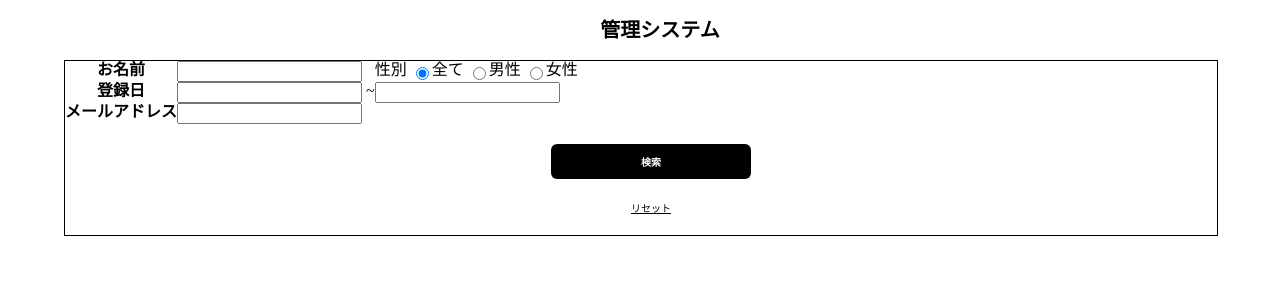
Repository: masanarimiura/20220723_miura_advance_test
Page: http://localhost/manage
The author's editor kept a copy of each file at every save. The page is drawn from the files as they stood at one save, then again after a run of saves.
The browser window is 1280 px wide. The pictures show the whole page.
The page is served by the project's Laravel application, run on PHP 8.4 with Laravel 8. Other server files are loaded and not shown.

Above is the page before, as saved 2022-07-19 20:25:22.

### routes/web.php
<?php

use Illuminate\Support\Facades\Route;
use App\Http\Controllers\ContactController;


Route::get('/', [ContactController::class, 'index']);
Route::post('/', [ContactController::class, 'input']);
Route::get('/confirm', [ContactController::class, 'retype']);
Route::post('/confirm', [ContactController::class, 'store']);
Route::get('/thanks', [ContactController::class, 'thanks']);
Route::get('/manage', [ContactController::class, 'manage']);

### app/Http/Controllers/ContactController.php
<?php

namespace App\Http\Controllers;

use Illuminate\Http\Request;
use App\Models\Contact;
use App\Http\Requests\ClientRequest;

class ContactController extends Controller
{
    public function index()
    {
        return view('index');
    }

    public function input(ClientRequest $request)
    {
        return view('confirm',$request);
    }

    public function retype(Request $request)
    {
        return redirect('/')->withInput();
    }

    public function store(Request $request)
    {
        // 登録処理
        return view('thanks');
    }

    public function thanks()
    {
        return view('thanks');
    }

    public function manage()
    {
        return view('manage');
    }



    // public function search(Request $request)
    // {
    //     $item = Contact::find($request->input);
    //     $param = [
    //         'item' => $item,
    //         'input' => $request->input
    //     ];
    //     return view('find', $param);
    // }
}

### resources/views/manage.blade.php
<!DOCTYPE html>
<html lang="ja">

<head>
  <meta charset="UTF-8">
  <meta name="viewport" content="width=device-width, initial-scale=1.0">
  <meta http-equiv="X-UA-Compatible" content="ie=edge">
  <title>advance_test</title>
  <style>
    html, body, div, span, object, iframe,
h1, h2, h3, h4, h5, h6, p, blockquote, pre,
abbr, address, cite, code,
del, dfn, em, img, ins, kbd, q, samp,
small, strong, sub, sup, var,
b, i,
dl, dt, dd, ol, ul, li,
fieldset, form, label, legend,
table, caption, tbody, tfoot, thead, tr, th, td,
article, aside, canvas, details, figcaption, figure,
footer, header, hgroup, menu, nav, section, summary,
time, mark, audio, video {
    margin:0;
    padding:0;
    border:0;
    outline:0;
    font-size:100%;
    vertical-align:baseline;
    background:transparent;
}

body {
    line-height:1;
}

article,aside,details,figcaption,figure,
footer,header,hgroup,menu,nav,section {
    display:block;
}

nav ul {
    list-style:none;
}

blockquote, q {
    quotes:none;
}

blockquote:before, blockquote:after,
q:before, q:after {
    content:'';
    content:none;
}

a {
    margin:0;
    padding:0;
    font-size:100%;
    vertical-align:baseline;
    background:transparent;
}

/* change colours to suit your needs */
ins {
    background-color:#ff9;
    color:#000;
    text-decoration:none;
}

/* change colours to suit your needs */
mark {
    background-color:#ff9;
    color:#000;
    font-style:italic;
    font-weight:bold;
}

del {
    text-decoration: line-through;
}

abbr[title], dfn[title] {
    border-bottom:1px dotted;
    cursor:help;
}

table {
    border-collapse:collapse;
    border-spacing:0;
}

/* change border colour to suit your needs */
hr {
    display:block;
    height:1px;
    border:0;
    border-top:1px solid #cccccc;
    margin:1em 0;
    padding:0;
}

input, select {
    vertical-align:middle;
}
/* ここまでreset.css */
.manage {
  width:90%;
  margin: 0 auto;
}
.manage h2{
  text-align:center;
  padding: 20px;
  font-size:20px;
  width: 100%;
}
.system {
  width:100%;
  border:solid 1px black;
}
.search-gender p {
  display: inline;
}




.submit-box {
  text-align:center;
  padding: 10px;
  font-size:20px;
  width: 100%;
}
.submit-btn{
  border-radius: 6px;
  margin: 10px auto 0;
  padding-top: 10px;
  padding-bottom: 10px;
  width: 200px;
  display: block;
  background: black;
  color: #fff;
  font-weight: bold;
  font-size: 10px;
  border: none;
  cursor: pointer;
}
.return-btn{
  border: none;
  margin: 0 auto;
  padding-bottom: 10px;
  display: block;
  background: #fff;
  color: black;
  font-size: 10px;
  text-decoration:underline;
  cursor: pointer;
}






.show-data {
  width:100%;
}
  </style>
</head>

<body>
  <div class="manage">
    <h2>管理システム</h2>
    <div class="system">
      <form action="">
        <table>
          @csrf
          <tr>
            <th>お名前</th>
            <td>
              <input type="text" name="full_name-search" value="" >
            </td>
            <td class="search-gender">
              <p>性別</p>
              <input type="radio" name="gender" value="全て" checked class="check-box">全て
              <input type="radio" name="gender" value="男性" class="check-box">男性
              <input type="radio" name="gender" value="女性" class="check-box">女性
            </td>
          </tr>
          <tr>
            <th>登録日</th>
            <td>
              <input type="text" name="begin-search-date" value="" >
              <span>~</span>
            </td>
            <td>
              <input type="text" name="end-search-date" value="" >
            </td>
          </tr>
          <tr>
            <th>メールアドレス</th>
            <td>
              <input type="text" name="email-search" value="" >
            </td>
          </tr>
        </table>
        <div class="submit-box">
          <button type="submit" class="submit-btn">検索</button>
        </div>
        <div class="submit-box">
          <button type="submit" formmethod="get" class="return-btn">リセット</button>
        </div>
      </form>
    </div>


    <div class="show-data">
    </div>
  </div>
</body>
</html>

<script>

</script>

Loaded but not shown: app/Providers/AppServiceProvider.php (common file); app/Http/Controllers/Controller.php (common file)

After the next 2 saves:
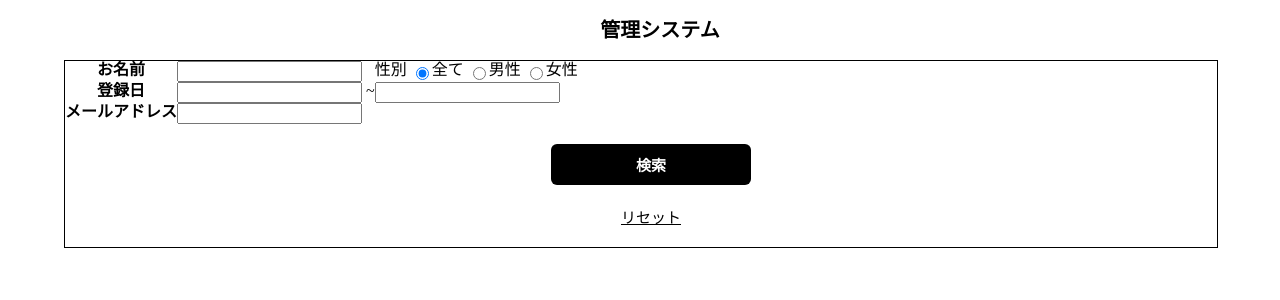
The 2 saves are shown as one change because they came seconds apart.
The last was saved 20 s later.
--- a/resources/views/manage.blade.php
+++ b/resources/views/manage.blade.php
@@ -139,7 +139,7 @@ input, select {
   background: black;
   color: #fff;
   font-weight: bold;
-  font-size: 10px;
+  font-size: 15px;
   border: none;
   cursor: pointer;
 }
@@ -150,7 +150,7 @@ input, select {
   display: block;
   background: #fff;
   color: black;
-  font-size: 10px;
+  font-size: 15px;
   text-decoration:underline;
   cursor: pointer;
 }
